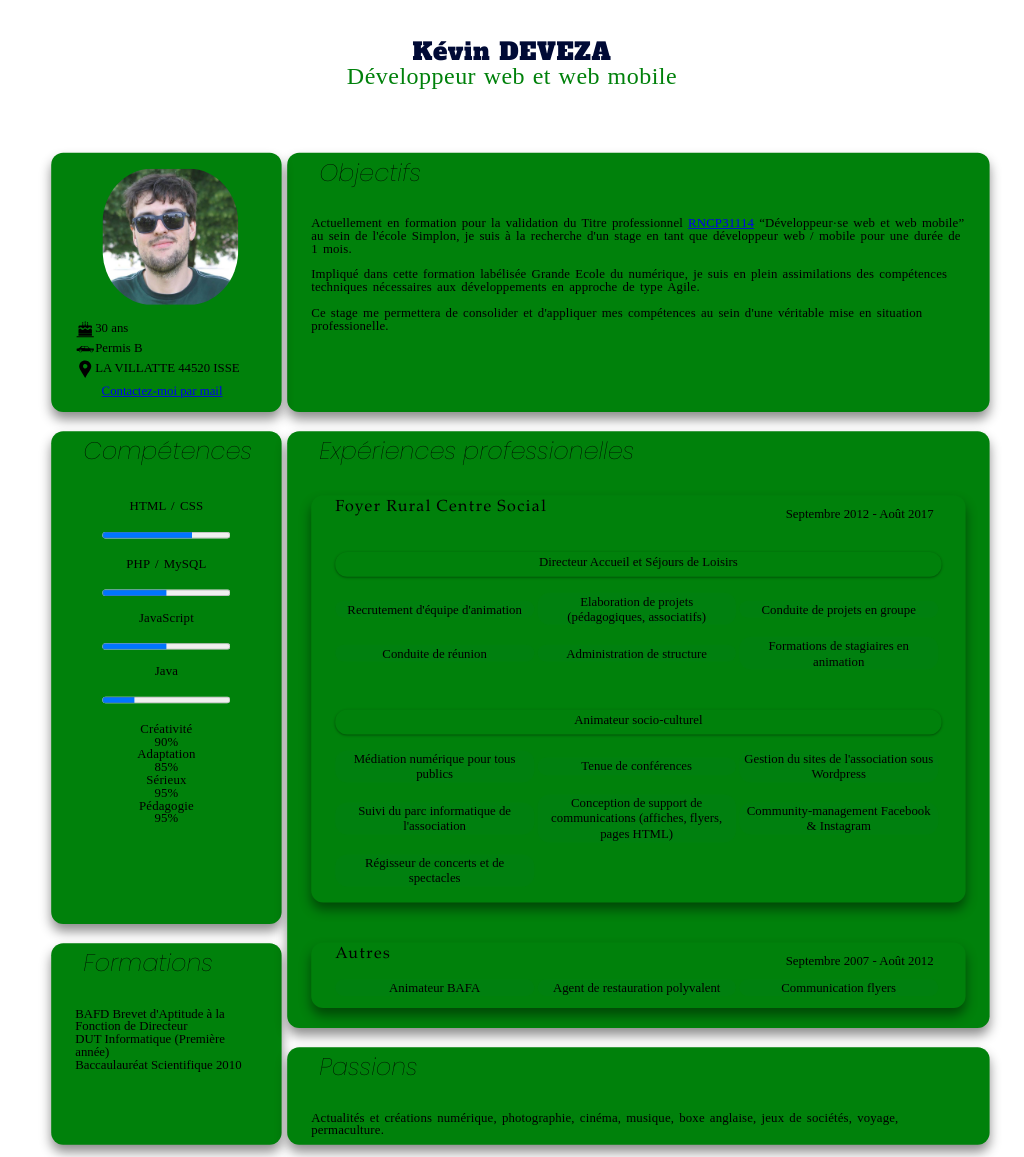
Repository: KevinDvZ/kevindvz.github.io
Page: index.html
The author's editor kept a copy of each file at every save. The page is drawn from the files as they stood at one save, then again after the next save.
The browser window is 1280 px wide. The pictures show the whole page, at 80% of full size.

Above is the page before, as saved 2020-11-01 00:03:59.

### index.html
<!DOCTYPE html>
<html>

<head>
    <title id="nomprenom">DEVEZA Kevin - Développeur Web et Web mobile.</title>
        <meta charset="utf-8" />
        <meta name="description" contents="CV de Kévin DEVEZA, développeur web  et web mobile junior."/>
        <link rel="stylesheet" href="css/cv_deveza.css" />
        <link rel="stylesheet" href="css/reset.css"/>
        <link href="https://fonts.googleapis.com/css2?family=Alfa+Slab+One&display=swap" rel="stylesheet">
        <link href="https://fonts.googleapis.com/css2?family=Abril+Fatface&display=swap" rel="stylesheet">
        <link href="https://fonts.googleapis.com/css2?family=Poppins:ital,wght@1,100&display=swap" rel="stylesheet">
        <meta name="viewport" content="width=device-width, initial-scale=1.0">    </head>

<body>

<header>

    <div class="text-center">
         <h1 id="nomprenom">Kévin DEVEZA</h1>
         <p id="metier">Développeur web et web mobile</p>
    </div>
</header>

<nav>
        <a class="menu" href="#cadre-obj">Objectif</a>
        <a class="menu" href="#cadre-exp">Expérience professionelles</a>
        <a class="menu" href="#skills">Compétences en développement</a>
        <a class="menu" href="#diplomes">Formations</a>
        <a class="menu" href="#interets">Centres d'intérêt</a>

</nav>

<main>

<div class="cadre" id="cadre-obj">
        <h2 class="entete">Objectifs</h2>

    <p class="p-center"><p>Actuellement en formation pour la validation du Titre professionnel <a href="https://www.francecompetences.fr/recherche/rncp/31114" target="_blank">RNCP31114</a> <em>&ldquo;D&eacute;veloppeur&middot;se web et web mobile&rdquo;</em> au sein de l'&eacute;cole <em>Simplon</em>, je suis &agrave; la recherche d'un stage en tant que d&eacute;veloppeur web / mobile pour une dur&eacute;e de<em> 1 mois.</em><em></em></p>
    <p></p><br>
    <p>Impliqué dans cette formation lab&eacute;lis&eacute;e Grande Ecole du num&eacute;rique, je suis en plein assimilations des comp&eacute;tences techniques n&eacute;cessaires aux d&eacute;veloppements en approche de type Agile.</p>
    <p></p><br>
    <p>Ce stage me permettera de consolider et d'appliquer mes comp&eacute;tences au sein d'une v&eacute;ritable mise en situation professionelle.</p>
    <p></p></p>
</div>

<div id="cadre-contact" class="cadre">

     <img src="assets/img/solaire_cv.jpg" alt="" class="img">
      <ul class="contact-liste">
        <li><img src="assets/icones/birthday-cake.svg" class="icone">30 ans</li>
        <li><img src="assets/icones/car.svg" alt="" class="icone">Permis B</li>
        <li><img src="assets/icones/map.svg" class="icone">LA VILLATTE 44520 ISSE</li>
         </ul>
         <a class="email" href="mailto:kevin.deveza@gmail.com"> Contactez-moi par mail </a>
    </div>

<div class="cadre" id="skills">
    <h2 class="entete">Compétences</h2>
                    <div class="cadre-jauges">

        <p>HTML / CSS<p>
        <progress id="file" max="100" value="70"> 70% </progress>
        <p>PHP / MySQL</p>
        <progress id="file" max="100" value="50"> 50% </progress>
        <p>JavaScript</p>
        <progress id="file" max="100" value="50"> 30% </progress>
        <p>Java<p>
        <progress id="file" max="100" value="25"> 25% </progress>
</div>
<div id="soft-skills">
    <p>Créativité</p>
    <p>90%</p>
    <p>Adaptation</p>
    <p>85%</p>
    <p>Sérieux</p>
    <p>95%</p>
    <p>Pédagogie</p>
    <p>95%</p>
</div>
    </div>

<div class="cadre" id="cadre-exp">
            <h2 class="entete">Expériences professionelles</h2>

             <div class="cadre" id="experiences">
                <h2 class="entreprise">Foyer Rural Centre Social</h2>
                <h3 class="dates">Septembre 2012 - Août 2017</h3>
                <div class="cadre" >Directeur Accueil et Séjours de Loisirs</div>
                <div class="cadre" id="competences_exp">Recrutement d'équipe d'animation</div>
                <div class="cadre" id="competences_exp">Elaboration de projets (pédagogiques, associatifs)</div>
                <div class="cadre" id="competences_exp">Conduite de projets en groupe</div>
                <div class="cadre" id="competences_exp">Conduite de réunion</div>
                <div class="cadre" id="competences_exp">Administration de structure</div>
                <div class="cadre" id="competences_exp">Formations de stagiaires en animation</div>

                <div class="cadre" >Animateur socio-culturel</div>
                <div class="cadre" id="competences_exp">Médiation numérique pour tous publics</div>
                <div class="cadre" id="competences_exp">Tenue de conférences</div>
                <div class="cadre" id="competences_exp">Gestion du sites de l'association sous Wordpress</div>
                <div class="cadre" id="competences_exp">Suivi du parc informatique de l'association</div>
                <div class="cadre" id="competences_exp">Conception de support de communications (affiches, flyers, pages HTML)</div>
                <div class="cadre" id="competences_exp">Community-management Facebook & Instagram</div>
                <div class="cadre" id="competences_exp">Régisseur de concerts et de spectacles</div>
            </div>

            <div class="cadre" id="experiences">
                <h2 class="entreprise">Autres</h2>
                <h3 class="dates">Septembre 2007 - Août 2012</h3>
                <div class="cadre" id="competences_exp2">Animateur BAFA</div>
                <div class="cadre" id="competences_exp2">Agent de restauration polyvalent</div>
                <div class="cadre" id="competences_exp2">Communication flyers</div>

            </div>


</div>

<div class="cadre" id="diplomes">
    <h2 class="entete">Formations</h2>
    <ul class="diplomes">
        <li>BAFD Brevet d'Aptitude à la Fonction de Directeur</li>
        <li>DUT Informatique (Première année)</li>
        <li>Baccaulauréat Scientifique 2010</li>
    </ul>
</div>

<div class="cadre">
    <h2 class="entete">Passions</h2>
    <p>Actualités et créations numérique, photographie, cinéma, musique, boxe anglaise, jeux de sociétés, voyage, permaculture.</p>
</div>


</main>
<body>
</html>

### css/cv_deveza.css
header {
  padding: 30px;
  text-align: center;
}

.text-center {
  display: inline-block;
  text-align: center;
  padding: 50px;
}

#nomprenom {
  font-family: "Alfa Slab One", cursive;
  font-size: 30px;
  letter-spacing: 0.8px;
  word-spacing: 1.4px;
  color: #000a35;
}

#metier {
  font-size: 30px;
  letter-spacing: 0.6px;
  word-spacing: 1.4px;
  color: #00810b;
  margin-bottom: auto;
}

nav {
  visibility: hidden;
  display: inline-block;
  text-align: center;
  width: 100%;
  margin-bottom: 30px;
}
p {
  font-family: Georgia, serif;
  font-size: 14px;
  letter-spacing: 0.2px;
  word-spacing: 2.2px;
  color: #000000;
  font-weight: 400;
  text-decoration: rgb(68, 68, 68);
  font-style: normal;
  font-variant: normal;
  text-transform: none;
}

.pcenter {
  text-align: center;
}
.menu {
  margin: 3px 3px 3px 3px;
}

body {
  background: rgb(255, 255, 255);
}

main {
  margin-top: 50px;
  display: grid;
  gap: 9px 7px;
  height: auto;
  margin: 15px 5% auto 5%;
  grid-template-columns: repeat(4, 25%);
  grid-template-rows: auto;
  grid-template-areas:
    "contact obj obj obj"
    "skills exp exp exp"
    "diplomes exp exp exp"
    "diplomes passions passions passions";
}

#cadre-obj {
  grid-area: obj;
}

.entreprise {
  font-family: "Palatino Linotype", "Book Antiqua", Palatino, serif;
  font-size: 20px;
  letter-spacing: 1.8px;
  word-spacing: -1px;
  color: #000000;
  font-weight: 1;
  text-decoration: none;
  font-style: normal;
  font-variant: normal;
  text-transform: none;
}
h3 {
  text-align: right;
}

#cadre-contact {
  grid-area: contact;
}

#cadre-exp {
  grid-area: exp;
  z-index: 100;
}

.img {
  max-height: 170px;
  min-height: 100px;
  width: auto;
  margin: 15px auto 15px auto;
  padding-left: 15%;
  padding-right: 15%;
  border-radius: 40%;
}

.contact-liste li {
  list-style-type: none;
  text-align: left;
  position: inline;
}
.icone {
  width: 25px;
  position: inherit;
  line-height: normal;
  vertical-align: middle;
}

#cadre-contact a {
  display: block;
  margin: 8px auto 7px auto;
  width: 162px;
  text-rendering: geometricPrecision;
}
progress {
  margin: 15px 15px 15px 15px;
}

.entete {
  font-family: "Abril Fatface", cursive;
  font-size: 30px;
  display: block;
  font-family: "Poppins", sans-serif;
  margin: 5px auto 40px 10px;
}

.cadre {
  box-shadow: 0 9px 15px rgba(0, 0, 0, 0.45);
  display: block;
  padding: 5px 30px 10px 30px;
  border-radius: 15px;
  margin-bottom: 15px;
}

#skills {
  grid-area: skills;
  z-index: 2;
}
#diplomes {
  grid-area: diplomes;
}

.cadre-jauges {
  margin-top: 20%;
  text-align: center;
  display: block;
  position: relative;
}

.cadre-jauges p {
  margin-bottom: 5px;
}

#soft-skills {
  margin-bottom: 50%;
  text-align: center;
}

.progress-circle {
  position: inline; /* pour servir de référent */
  box-sizing: border-box; /* prise en compte bordure dans la dimension */
  font-size: 1em; /* pour définir les dimensions */
  width: 1em; /* fixe la largeur */
  height: 1em; /* fixe la hauteur */
  border-radius: 100%; /* rendu aspect circulaire */
  border: 0.15em solid #cde; /* couleur de fond de l'anneau */
  background-color: rgba(
    255,
    255,
    255,
    0
  ); /* couleur de fond de la progress bar */
}

.progress-masque {
  display: block;
}

#experiences .cadre {
  display: block;
  box-shadow: 0 1px 3px rgba(0, 0, 0, 0.45);
  margin: 40px auto 15px auto;
  text-align: center;
}

#cadre-exp > div:nth-child(3) {
  margin-top: 50px;
}
#experiences .dates {
  margin: -10px 10px 10px 10px;
}
.cadre #competences_exp {
  box-shadow: none;
  display: inline-block;
  line-height: normal;
  vertical-align: middle;
  width: 32%;
  line-height: 120%;
  padding: 1px 3px 1px 3px;
  margin: 5px auto 10px auto;
  text-align: center;
  background-color: rgba(13, 116, 76, 0.068);
}

.cadre #competences_exp2 {
  box-shadow: none;
  display: inline-block;
  width: 32%;
  line-height: 120%;
  padding: 1px 3px 1px 3px;
  margin: 5px auto 5px auto;
  text-align: center;
  background-color: rgba(13, 116, 76, 0.068);
}

html body main div.cadre {
  grid-area: passions;
  background-color: #00810b;
}

Loaded but not shown: css/reset.css (common file)

After the next save:
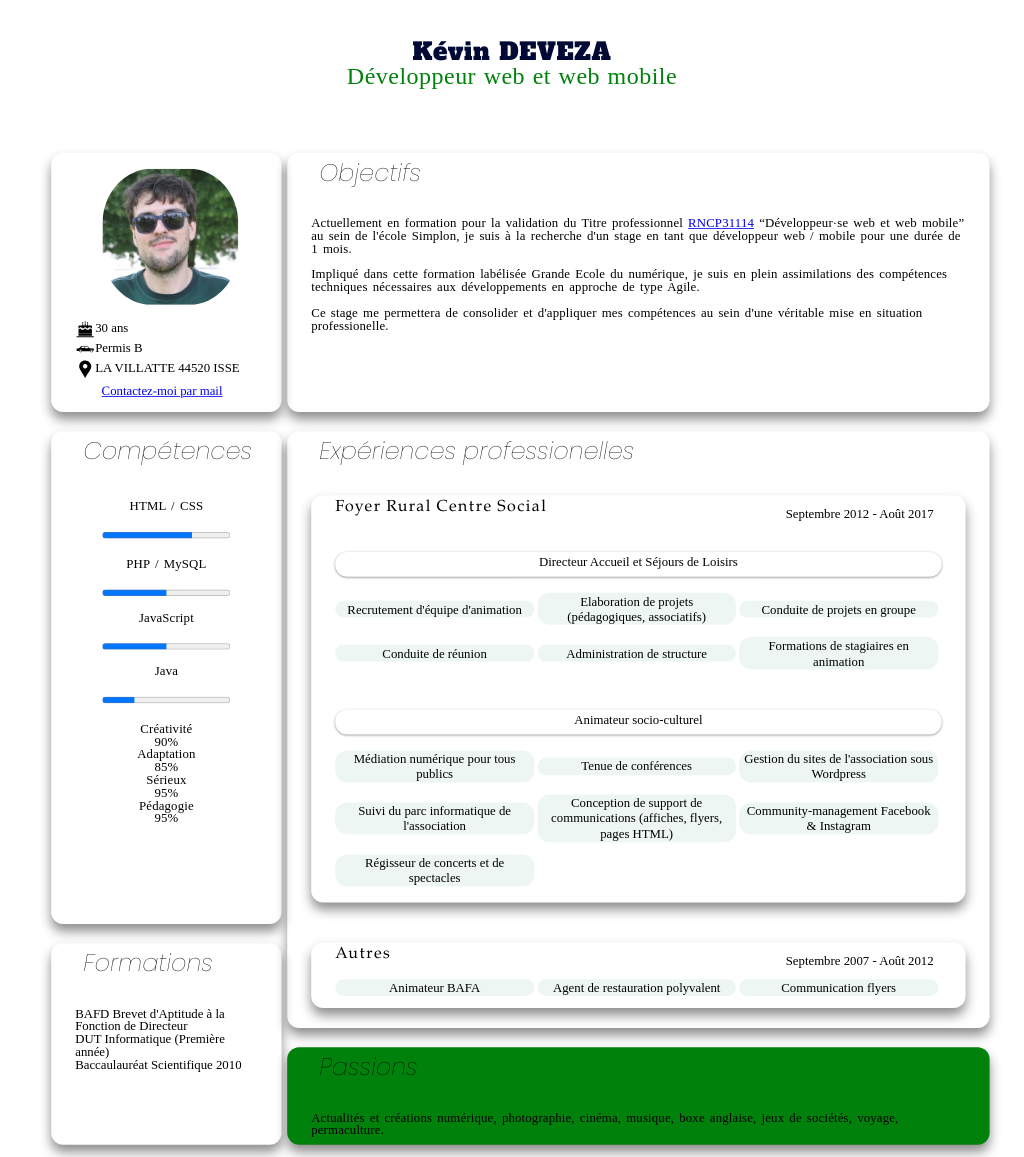
Saved 22 s later.
--- a/css/cv_deveza.css
+++ b/css/cv_deveza.css
@@ -229,7 +229,7 @@ progress {
   background-color: rgba(13, 116, 76, 0.068);
 }
 
-html body main div.cadre {
+body > main:nth-child(3) > div:nth-child(6) {
   grid-area: passions;
   background-color: #00810b;
 }
